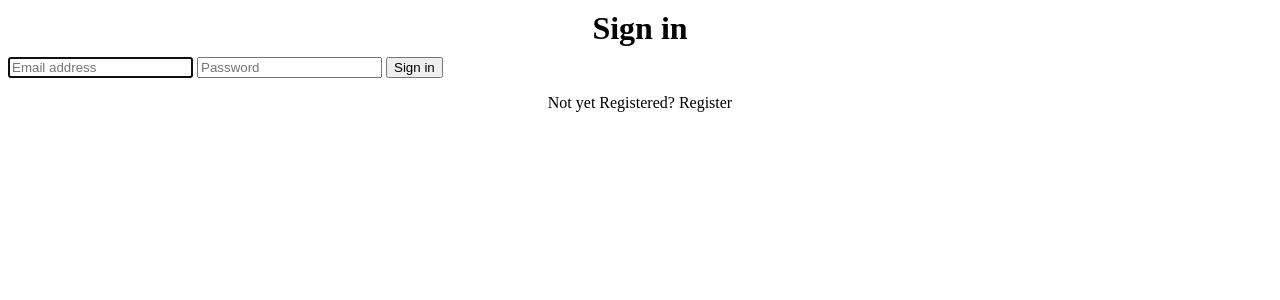
Repository: sagarpatil11/ToDo
Page: todo/src/main/webapp/templates/login.html
The author's editor kept a copy of each file at every save. The page is drawn from the files as they stood at one save, then again after the next save.
The browser window is 1280 px wide. The pictures show the whole page.

Above is the page before, as saved 2017-07-20 07:49:25.

After the next save:
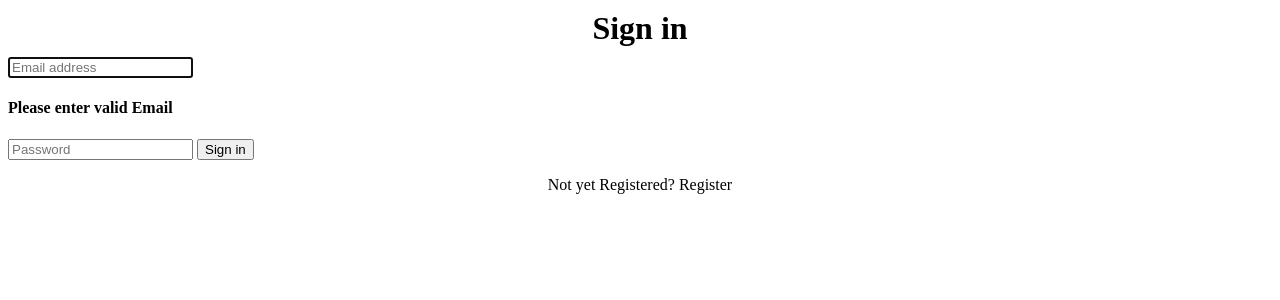
Saved 21 h 29 min later.
--- a/todo/src/main/webapp/templates/login.html
+++ b/todo/src/main/webapp/templates/login.html
@@ -3,9 +3,14 @@
            <h1 style="text-align: center;margin:10px">Sign in</h1>
 
             <form class="form-signin" method="post">
-
-                <input type="email" data-ng-model="email" id="inputEmail" class="form-control" placeholder="Email address" required autofocus>
-
+            	<div class="control-group">
+            		<div class="controls">
+                		<input type="email" data-ng-model="email" id="inputEmail" class="form-control" placeholder="Email address" required autofocus>
+               			<div class="input-help">
+               				<h4>Please enter valid Email</h4>
+               			</div>
+               		</div>
+             	</div>
                	<input type="password" data-ng-model="password" id="inputPassword" class="form-control" placeholder="Password" required>
 
                 <button class="btn btn-lg btn-primary btn-block btn-signin" type="submit" data-ng-click="signin()">Sign in</button>

After the save that followed:
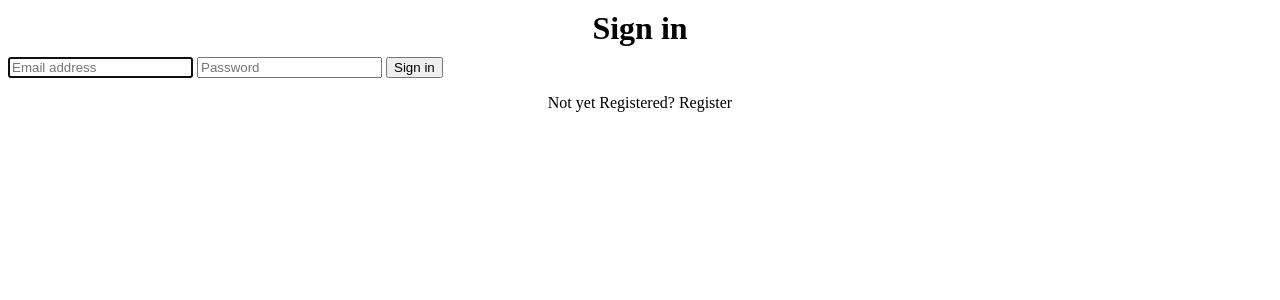
Saved 6 min 19 s later.
--- a/todo/src/main/webapp/templates/login.html
+++ b/todo/src/main/webapp/templates/login.html
@@ -3,14 +3,10 @@
            <h1 style="text-align: center;margin:10px">Sign in</h1>
 
             <form class="form-signin" method="post">
-            	<div class="control-group">
-            		<div class="controls">
+
                 		<input type="email" data-ng-model="email" id="inputEmail" class="form-control" placeholder="Email address" required autofocus>
-               			<div class="input-help">
-               				<h4>Please enter valid Email</h4>
-               			</div>
-               		</div>
-             	</div>
+
+
                	<input type="password" data-ng-model="password" id="inputPassword" class="form-control" placeholder="Password" required>
 
                 <button class="btn btn-lg btn-primary btn-block btn-signin" type="submit" data-ng-click="signin()">Sign in</button>
